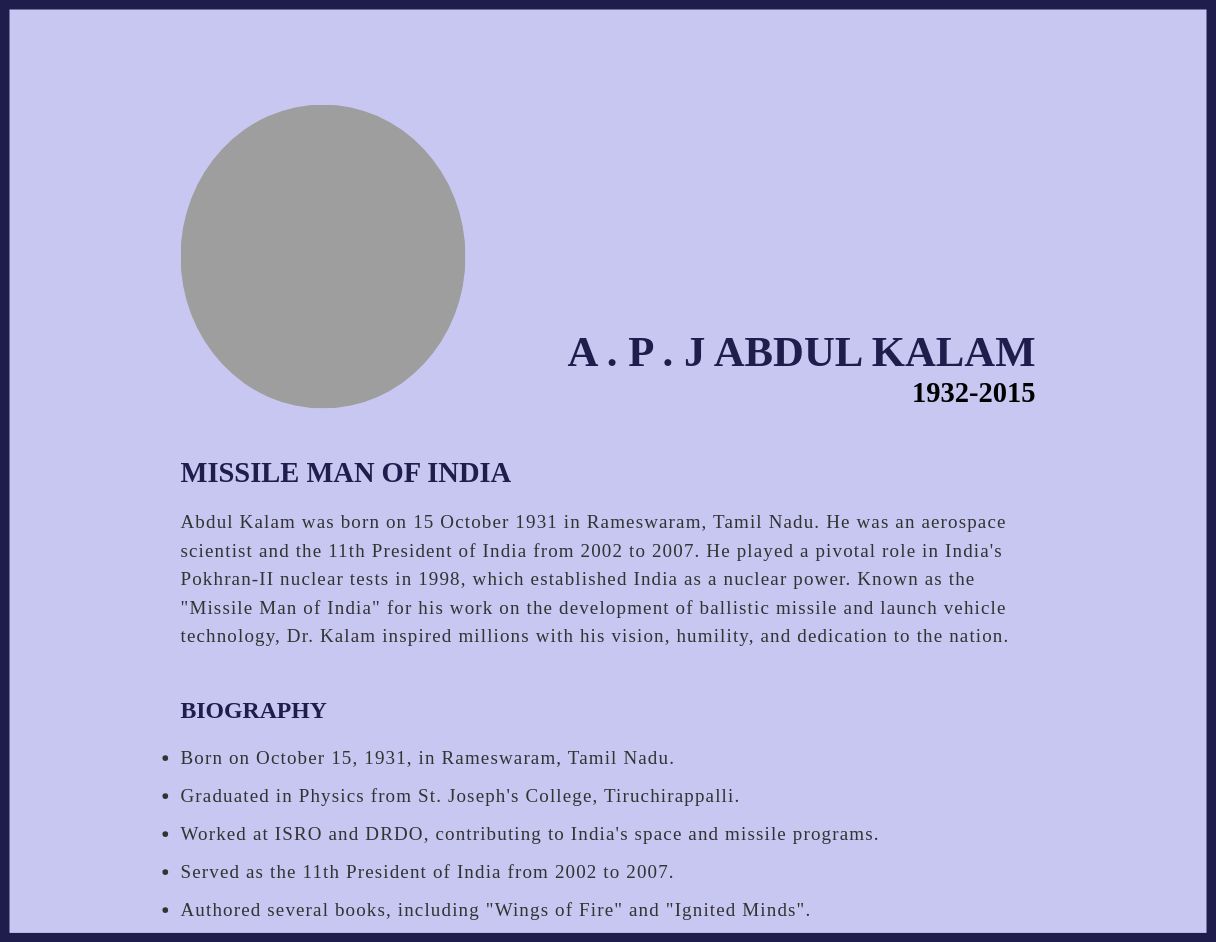
Repository: Mohitkumar1322/FrontendPracticee
Page: abdulkalam/index.html
An editor plug-in stored every save of this project. The page is shown before and after a run of saves, followed by the edit.
The browser window is 1280 px wide. The pictures show the whole page, at 95% of full size.
Pictures or frames that could not be fetched are drawn as grey boxes.

Above is the page before, as saved 2025-07-02 22:03:36.

### abdulkalam/index.html
<!DOCTYPE html>
<html lang="en">
<head>
    <meta charset="UTF-8">
    <meta name="viewport" content="width=device-width, initial-scale=1.0">
    <title>The Tribute Website</title>
    <link rel="stylesheet" href="style.css">
</head>
<body>
    <div class="container">
        <div class="content">
            <section class="top_section">
                <div class="image_container">
                    <img src="apj.jpg" alt="tribute">
                </div>
                <div>
                    <h1>
                        A . P . J Abdul Kalam
                    </h1>
                    <h4>
                        1932-2015
                    </h4>
                </div>


            </section>
            <section class="about_section">
                <h2>
                    Missile Man of India
                </h2>
                <p>
                    Abdul Kalam was born on 15 October 1931 in Rameswaram, Tamil Nadu. He was an aerospace scientist and the 11th President of India from 2002 to 2007. He played a pivotal role in India's Pokhran-II nuclear tests in 1998, which established India as a nuclear power. Known as the "Missile Man of India" for his work on the development of ballistic missile and launch vehicle technology, Dr. Kalam inspired millions with his vision, humility, and dedication to the nation.

                </p>


            </section>
            <section class="biography_section">
                <h3>
                    Biography
                </h3>
                <ul>
                    <li>
                        Born on October 15, 1931, in Rameswaram, Tamil Nadu.
                    </li>
                    <li>
                        Graduated in Physics from St. Joseph's College, Tiruchirappalli.
                    </li>
                    <li>
                        Worked at ISRO and DRDO, contributing to India's space and missile programs.
                    </li>

                    <li>
                        Served as the 11th President of India from 2002 to 2007.
                    </li>
                    <li>
                        Authored several books, including "Wings of Fire" and "Ignited Minds".
                    </li>
                </ul>
            </section>

        </div>
    </div>


</body>
</html>

### abdulkalam/style.css
*{
    padding:0;
    margin:0;
    box-sizing: border-box;

}


.container{
    background-color: #c7c7f1;
    min-height: 100vh;
    border:10px solid #1d1e4c;

}
.content{
    max-width: 900px;
    margin: 0 auto
}
.top_section{
    margin-top: 100px;
    display:flex;
    justify-content: space-between;
    align-items: flex-end;

}
.top_section h4{
    text-align: end;
    font-size: 30px;
}
.top_section h1{
    font-size: 45px;
    font-weight: bold;
    color:#1d1e4c;
    text-transform:uppercase;

}
.image_container{
    border-radius: 50%;
    overflow: hidden;
}

.image_container, img{
    width:300px;
    height: 320px;


}
.about_section{
    margin-top: 50px;

}
.about_section h2{
    font-size: 30px;
    color: #1d1e4c;
    text-transform: uppercase;
    margin-bottom: 20px;
}
.about_section p{
    font-size: 20px;
    line-height: 30px;
    color: #333;
    margin-bottom: 20px;
    letter-spacing: 1.2px;
}
.biography_section{
    margin-top: 50px;

}

.biography_section h3{
    font-size: 25px;
    color: #1d1e4c;
    text-transform: uppercase;
    margin-bottom: 20px;
}
.biography_section ul{

    padding-left: 0;

}

.biography_section ul li{
    font-size: 20px;
    line-height: 30px;
    color: #333;
    margin-bottom: 10px;
    letter-spacing: 1.2px;
}

After the next 2 saves:
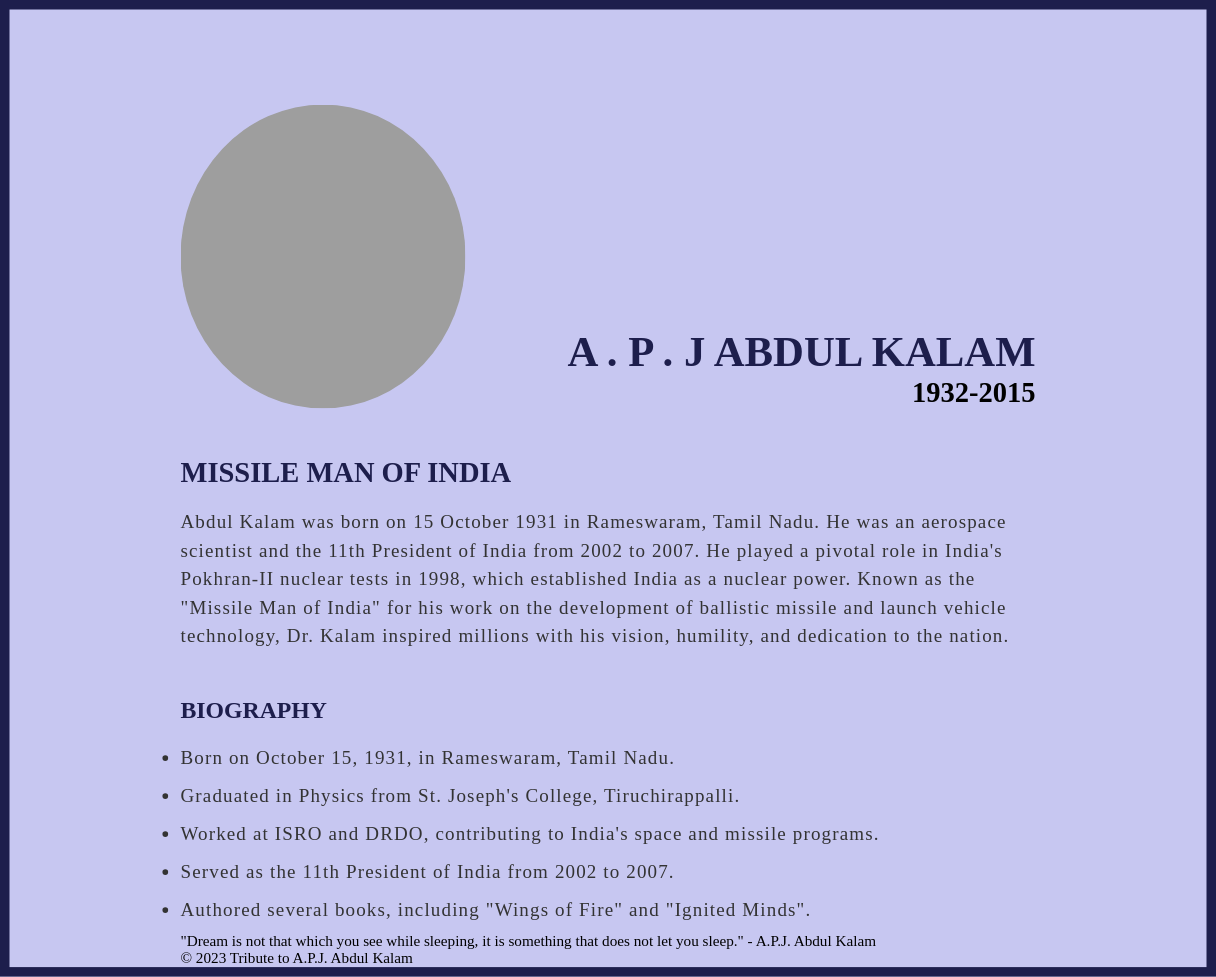
The 2 saves are shown as one change because they came seconds apart.
The last was saved 28 s later.
--- a/abdulkalam/index.html
+++ b/abdulkalam/index.html
@@ -59,6 +59,15 @@
                 </ul>
             </section>
 
+            <footer>
+                <p>
+                    "Dream is not that which you see while sleeping, it is something that does not let you sleep." - A.P.J. Abdul Kalam
+                </p>
+                <p>
+                    &copy; 2023 Tribute to A.P.J. Abdul Kalam
+                </p>
+            </footer>
+
         </div>
     </div>
 
